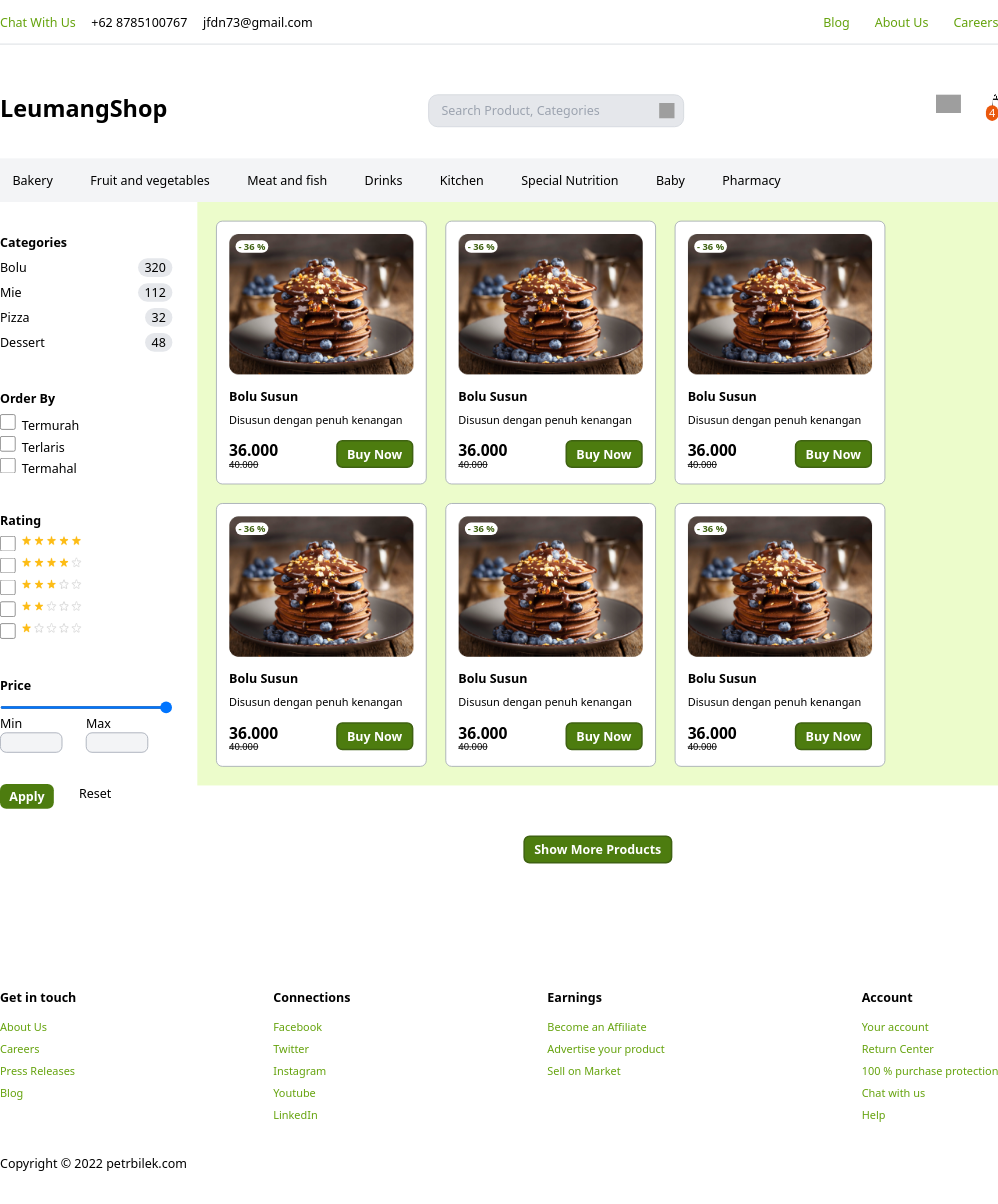
Repository: jafetdn73/ecommerce-tailwind
Page: /
These files come from the project's save history. The page is drawn as it stood at one moment and after the next save; the edit follows.
The browser window is 1280 px wide. The pictures show the whole page, at 78% of full size.
Pictures or frames that could not be fetched are drawn as grey boxes. The project was rebuilt for these pictures with package versions that can differ from the ones it lists, and the page was loaded fresh each time. Also part of the build but not shown: src/App.css.

Above is the page before, as saved 2022-03-14 17:33:48.

After the next save:
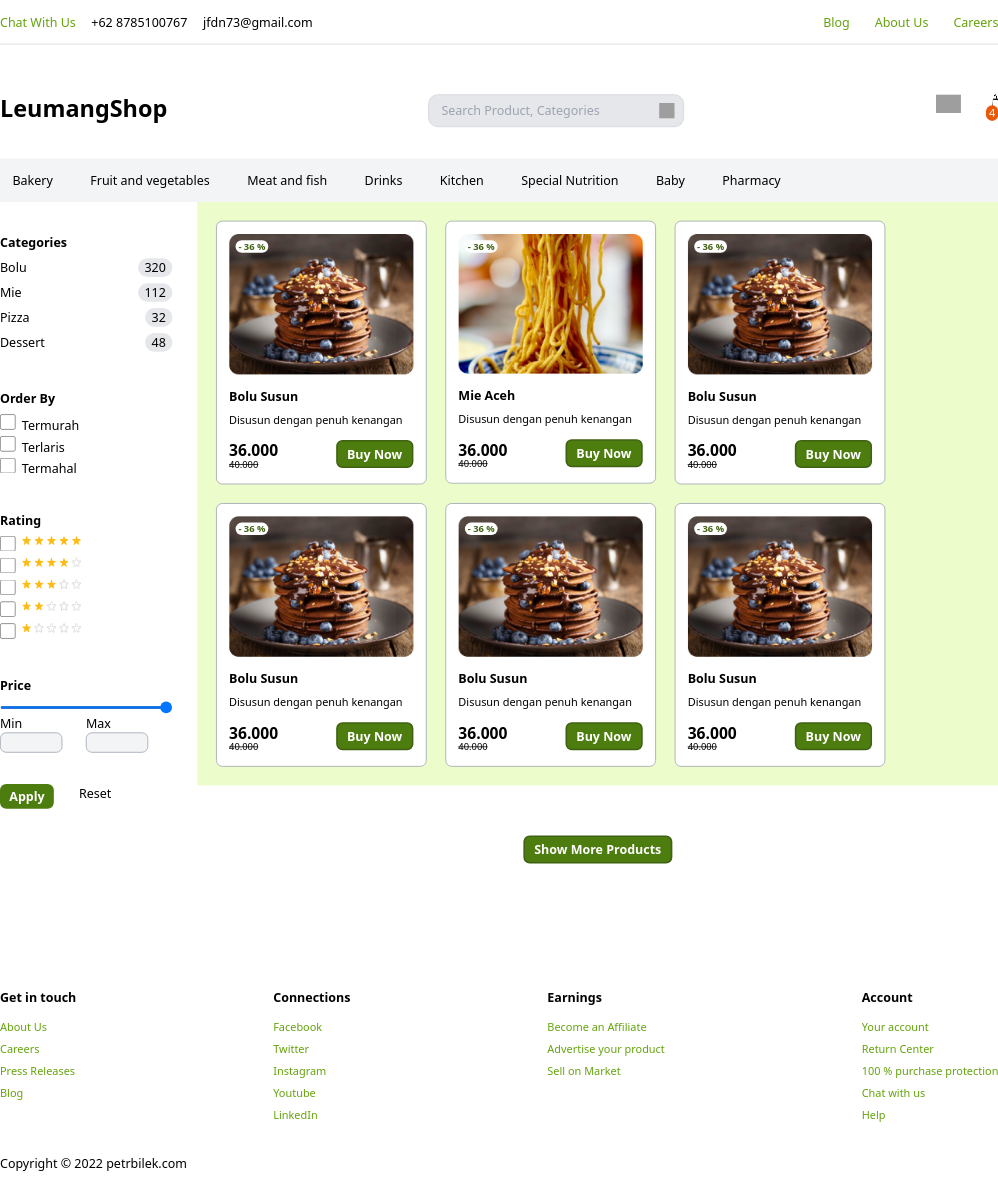
Saved 4 min 1 s later.
--- a/src/App.js
+++ b/src/App.js
@@ -199,11 +199,11 @@ function App() {
 
         <div className="w-70 h-fit p-4 bg-white border border-gray-400 rounded-lg">
           <div className="flex relative">
-            <img src="images/bolu-susun.png" alt="bolu-susun" width="236" height="180"/>
-            <label className="text-lime-800 font-bold text-xs ml-2 absolute bottom-26 left-0 bg-white mt-2 mb-2 pl-1 pr-1 rounded-xl">- 36 %</label>
-          </div>
-          <div>
-          <h1 className="font-bold text-base mt-4 mb-2">Bolu Susun</h1>
+            <img src="images/mie-aceh.png" alt="mie-aceh" width="236" height="180"/>
+            <label className="text-lime-800 font-bold text-xs ml-2 absolute bottom-26 left-0 bg-white mt-2 mb-2 pl-1 pr-1 rounded-xl">- 36 %</label>
+          </div>
+          <div>
+          <h1 className="font-bold text-base mt-4 mb-2">Mie Aceh</h1>
           <p className="text-sm">Disusun dengan penuh kenangan</p>
           </div>
           <div className="flex justify-between mt-4">
